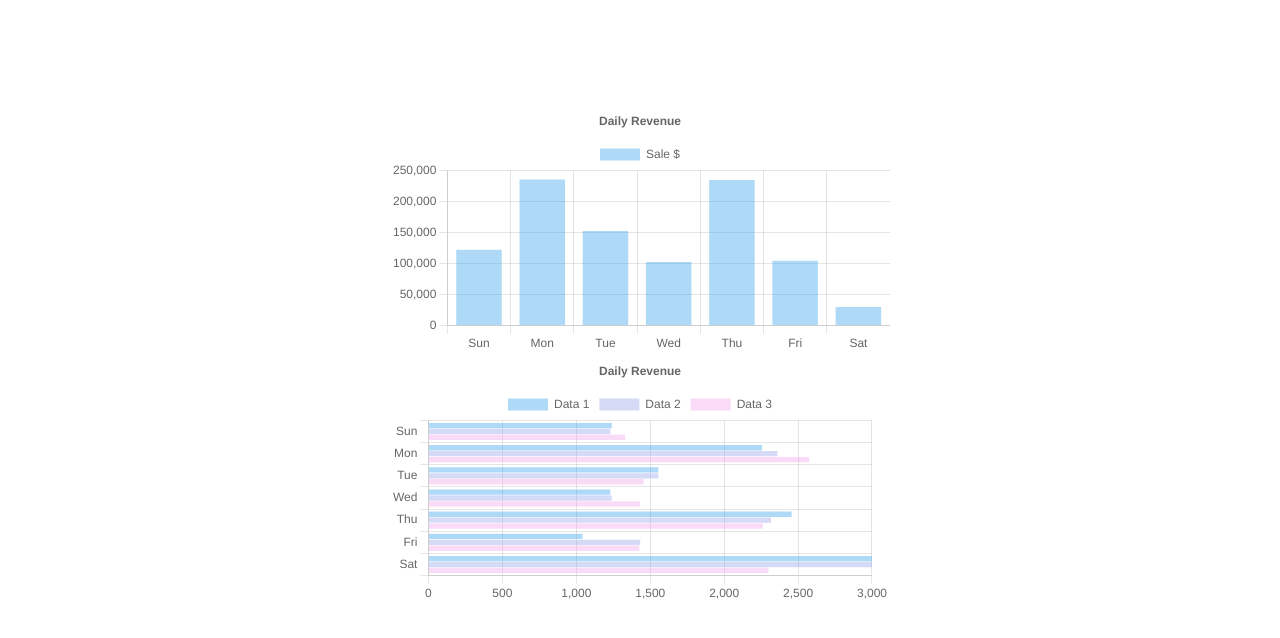
Repository: k8ANStar/exercise-5
Page: /
These files come from the project's save history. The page is drawn as it stood at one moment and after the next save; the edit follows.
The browser window is 1280 px wide. The pictures show the whole page.
The project was rebuilt for these pictures with package versions that can differ from the ones it lists, and the page was loaded fresh each time. The framework's server and built-in components were replaced by stand-ins that run in the browser. Also part of the build but not shown: next.config.mjs.

Above is the page before, as saved 2024-04-15 10:30:12.

### pages/index.js
import styles from "@/styles/Home.module.css";
import VerticalChart from "@/components/VerticalChart";
import HorizontalChart from "@/components/HorizontalChart";

export default function Home() {
	return (
		<>
			<main className={`${styles.main} `}>
				<VerticalChart />

				<HorizontalChart />
			</main>
		</>
	);
}

### styles/Home.module.css
.main {
	display: flex;
	flex-direction: column;
	justify-content: space-between;
	align-items: center;
	padding: 6rem;
	min-height: 30vh;
}

### components/VerticalChart/index.js
import styles from "./VerticalChart.module.css";
import { Bar } from "react-chartjs-2";
import {
	Chart as ChartJS,
	CategoryScale,
	LinearScale,
	BarElement,
	Title,
	Tooltip,
	Legend,
} from "chart.js";

import { useEffect, useState } from "react";

ChartJS.register(
	CategoryScale,
	LinearScale,
	BarElement,
	Title,
	Tooltip,
	Legend
);

export default function VerticalChart() {
	const [chartData, setChartData] = useState({
		datasets: [],
	});
	const [chartOptions, setChartOptions] = useState({});

	useEffect(() => {
		setChartData({
			labels: ["Sun", "Mon", "Tue", "Wed", "Thu", "Fri", "Sat"],
			datasets: [
				{
					label: "Sale $",
					data: [122340, 235256, 152455, 102430, 234561, 104326, 30000],
					borderColor: "rgb(53, 162, 235)",
					backgroundColor: "rgb(53, 162, 235, 0.4)",
				},
			],
		});

		setChartOptions({
			plugins: {
				legend: {
					postion: "top",
				},
				title: {
					display: true,
					text: "Daily Revenue",
				},
			},
			maintainAspectRatio: false,
			responsive: true,
		});
	}, []);

	return (
		<div>
			<Bar
				data={chartData}
				options={chartOptions}
				style={{ width: "500px", height: "300px" }}
			/>
		</div>
	);
}

### components/HorizontalChart/index.js
import styles from "./HorizontalChart.module.css";
import { Bar } from "react-chartjs-2";
import {
	Chart as ChartJS,
	CategoryScale,
	LinearScale,
	BarElement,
	Title,
	Tooltip,
	Legend,
} from "chart.js";

import { useEffect, useState } from "react";

ChartJS.register(
	CategoryScale,
	LinearScale,
	BarElement,
	Title,
	Tooltip,
	Legend
);

export default function HorizontalChart() {
	const [chartData, setChartData] = useState({
		datasets: [],
	});
	const [chartOptions, setChartOptions] = useState({});

	useEffect(() => {
		setChartData({
			labels: ["Sun", "Mon", "Tue", "Wed", "Thu", "Fri", "Sat"],
			datasets: [
				{
					label: "Data 1",
					data: [1240, 2256, 1555, 1230, 2456, 1042, 3000],
					borderColor: "rgb(53, 162, 235)",
					backgroundColor: "rgb(53, 162, 235, 0.4)",
				},
				{
					label: "Data 2",
					data: [1230, 2361, 1555, 1240, 2317, 1432, 3000],
					borderColor: "rgb(150, 162, 235)",
					backgroundColor: "rgb(150, 162, 235, 0.4)",
				},
				{
					label: "Data 3",
					data: [1330, 2576, 1455, 1430, 2261, 1426, 2300],
					borderColor: "rgb(240, 162, 235)",
					backgroundColor: "rgb(240, 162, 235, 0.4)",
				},
			],
		});

		setChartOptions({
			indexAxis: "y",
			plugins: {
				legend: {
					postion: "top",
				},
				title: {
					display: true,
					text: "Daily Revenue",
				},
			},
			maintainAspectRatio: true,
			responsive: true,
		});
	}, []);

	return (
		<div>
			<Bar
				data={chartData}
				options={chartOptions}
				style={{ width: "500px", height: "300px" }}
			/>
		</div>
	);
}

Loaded but not shown: pages/_app.js (common file); pages/_document.js (common file); styles/globals.css (common file); components/HorizontalChart/HorizontalChart.module.css (no stored copy; drawn as an empty file); components/VerticalChart/VerticalChart.module.css (no stored copy; drawn as an empty file)

After the next save:
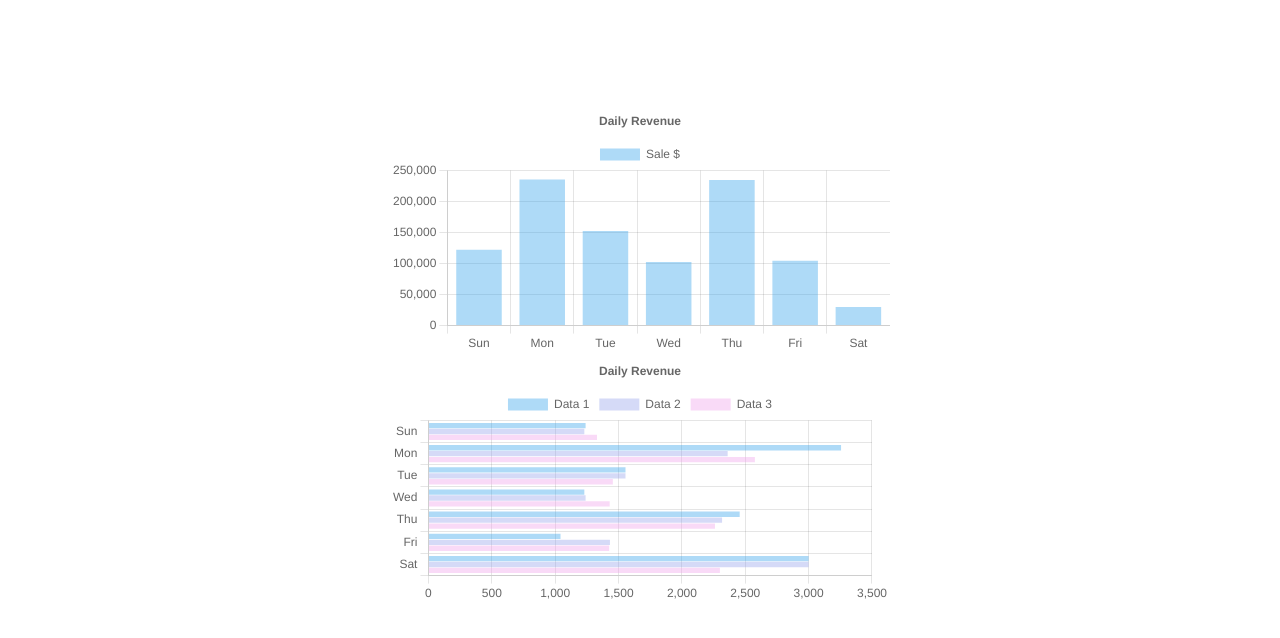
Saved 6 s later.
--- a/components/HorizontalChart/index.js
+++ b/components/HorizontalChart/index.js
@@ -33,7 +33,7 @@ export default function HorizontalChart() {
 			datasets: [
 				{
 					label: "Data 1",
-					data: [1240, 2256, 1555, 1230, 2456, 1042, 3000],
+					data: [1240, 3256, 1555, 1230, 2456, 1042, 3000],
 					borderColor: "rgb(53, 162, 235)",
 					backgroundColor: "rgb(53, 162, 235, 0.4)",
 				},
